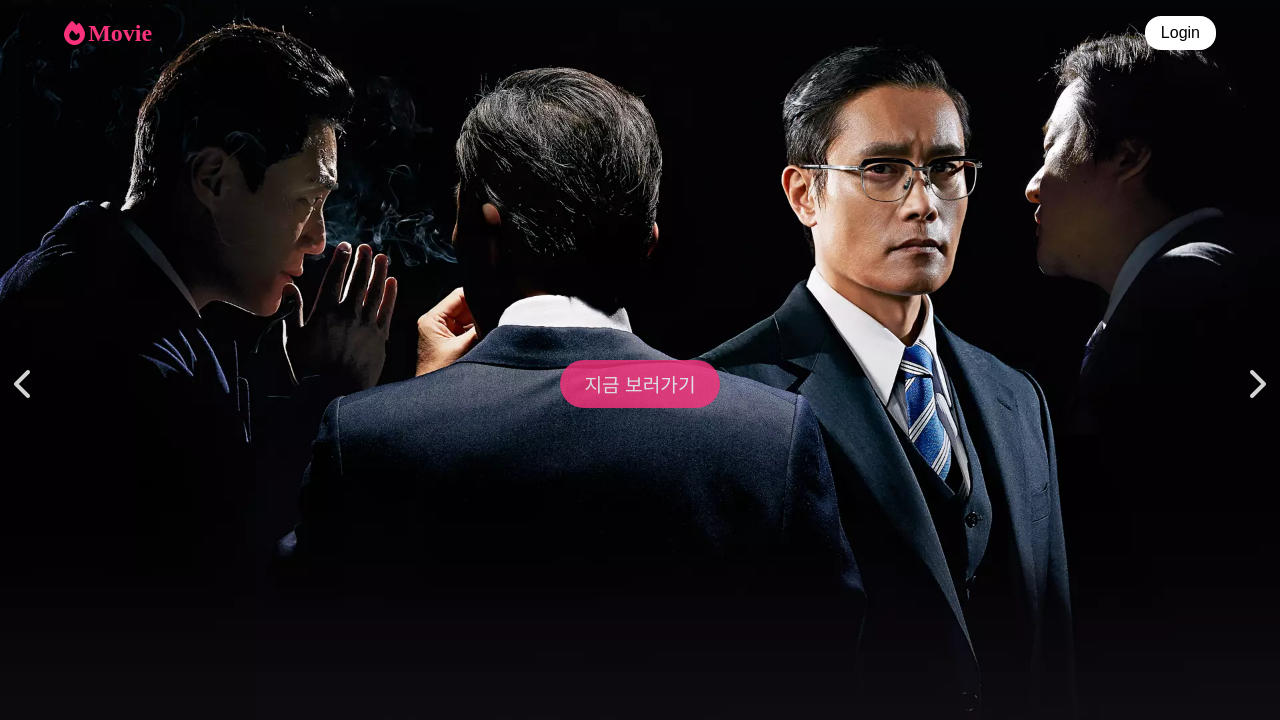
Repository: elice-study/elice_study_vanilla_jinkyu
Page: index.html
These files come from the project's save history. The page is drawn as it stood at one moment and after the next save; the edit follows.
The browser window is 1280 px wide. The pictures show the whole page.
The pointer rests on the first visible `.btn-Watch`.
Some web libraries are served in a nearby version.

Above is the page before, as saved 2023-06-01 11:52:34.

After the next save:
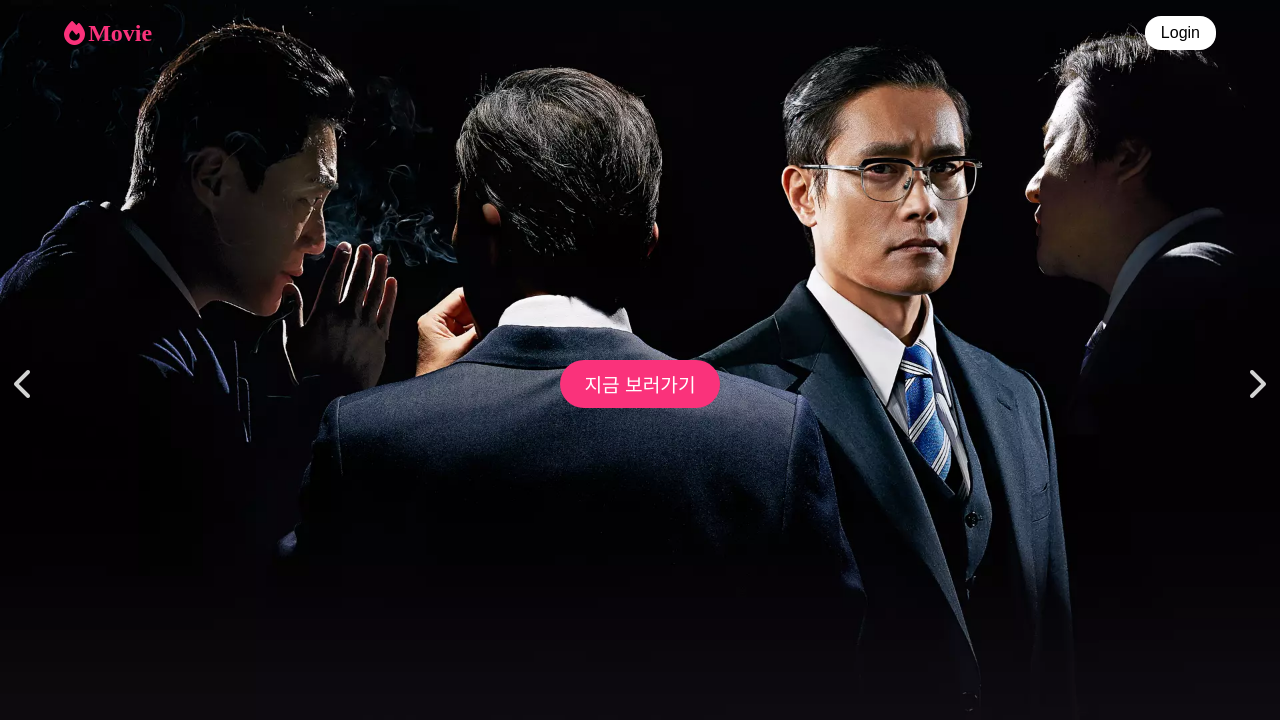
Saved 19 s later.
--- a/style.css
+++ b/style.css
@@ -114,10 +114,6 @@
     opacity: 1;
 }
 
-.btn-Watch:hover{
-    opacity: 0.8;
-}
-
 .btn-left{
     z-index: 1;
     position: absolute;
